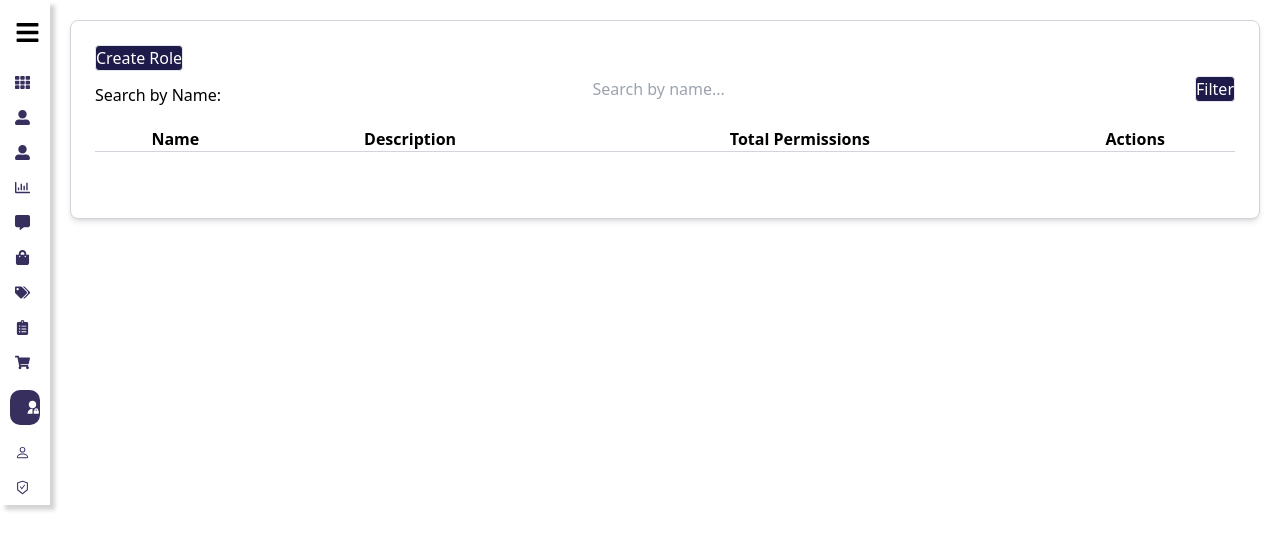
Repository: Andarg01/Admin
Page: /roles
The author's editor kept a copy of each file at every save. The page is drawn from the files as they stood at one save, then again after the next save.
The browser window is 1280 px wide. The pictures show the whole page.
The page's requests for data from a server got no answer. The project was rebuilt for these pictures with package versions that can differ from the ones it lists, and the page was loaded fresh each time. No one was signed in, and anything a server would have sent is missing. Also part of the build but not shown: src/styles/analytics.css, src/pages/Analytics.tsx, src/pages/Dashboard.tsx, src/styles/productList.css, src/components/OrderModal.tsx, src/components/OrderTable.tsx, src/pages/Orders.tsx, src/components/CategoryModal.tsx and 16 more.

Above is the page before, as saved 2024-02-29 21:50:43.

### src/index.tsx



import * as React from "react"
import * as ReactDOM from "react-dom/client"
import App from "./App"
import './index.css'

import { Provider } from 'react-redux';
import store from './redux/store';
const container = document.getElementById("root")
if (!container) throw new Error('Failed to find the root element');
const root = ReactDOM.createRoot(container)

root.render(

  <React.StrictMode>
    <Provider store={store}>
         <App />
         </Provider>
  </React.StrictMode>,

)

### src/App.tsx

import React, {useState} from 'react';
import { BrowserRouter, Route, Routes } from 'react-router-dom';
import Sidebar from './components/Sidebar';
import Dashboard from './pages/Dashboard';
import Orders from './pages/Orders';
import Category from './pages/CategoryPage';
import Login from './pages/Login'
import Analytics from './pages/Analytics';
import CustemerReview from './pages/CustemerReview';
import ProductList from './pages/ProductList';

import './App.css'
import SignUpForm from './pages/SignUpForm';
import ForgotPassword from './pages/ForgetPassword';
// import ContactPage from './pages/Contact';
// import RolesPage from './pages/Rolles';
// import PermissionPage from './pages/Permisstion';
import PermissionTable from './components/PermissionTable';
import RoleTable from './components/RoleTable';
import UserPage from './pages/UserPage';
import ShopPage from './pages/ShopPage';



type SaleData = {
  date: string;
  amount: number;
};

type RevenueData = {
  month: string;
  revenue: number;
};



const App: React.FC = () => {

  const saleData: SaleData[] = [
    { date: '2022-01-01', amount: 100 },
    { date: '2022-01-02', amount: 150 },
    { date: '2022-01-03', amount: 200 },
    { date: '2022-01-04', amount: 120 },
    { date: '2022-01-05', amount: 180 },
    { date: '2022-01-06', amount: 90 },
    { date: '2022-01-07', amount: 110 },
    { date: '2022-01-08', amount: 130 },
    { date: '2022-01-09', amount: 170 },
    { date: '2022-01-10', amount: 160 },
  ];

  const revenueData: RevenueData[] = [
    { month: 'January', revenue: 500 },
    { month: 'February', revenue: 700 },
    { month: 'March', revenue: 600 },
    { month: 'April', revenue: 800 },
    { month: 'May', revenue: 900 },
    { month: 'June', revenue: 750 },
    { month: 'July', revenue: 850 },
    { month: 'August', revenue: 950 },
    { month: 'September', revenue: 700 },
    { month: 'October', revenue: 850 },
  ];


  return (
    <div >
    <BrowserRouter>
    <Sidebar>
      <Routes>
        <Route path="/" element={<Dashboard saleData={saleData} revenueData={revenueData}  />} />
        <Route path="/dashboard" element={<Dashboard saleData={saleData} revenueData={revenueData}  />} />
       <Route path="/login" element={<Login/>}/>
       <Route path='/forget-password' element={<ForgotPassword/>}/>
        <Route path="/signup" element={<SignUpForm />} />
        <Route path="/review"element={<CustemerReview  />}/>
        <Route path="/analytics" element={<Analytics  />} />
        <Route path="/product" element={<ProductList />}/>
        <Route path="/shop" element={<ShopPage />} />
        <Route path="/orders" element={<Orders/> }/>

        <Route path="/category" element={<Category />} />
        {/* <Route path='/contact' element={<ContactPage/>}/> */}
        {/* <Route path='/roles' element={<RolesPage/>}/> */}
        {/* <Route path='/permission' element={<PermissionPage/>}/> */}
        <Route path='/roles' element={<RoleTable/>}/>
        <Route path='/permission' element={<PermissionTable/>}/>
        <Route path='/user' element={<UserPage/>}/>

      </Routes>
    </Sidebar>
  </BrowserRouter>
  </div>
  );
};

export default App;

### src/redux/store.ts
// redux/store.ts

import { configureStore, combineReducers } from '@reduxjs/toolkit';
import permissionsReducer from './reducers/permissionsReducers';
import rolesReducer from './reducers/rolesReducers';
import shopReducer from './reducers/shopReducer';

const rootReducer = combineReducers({
  permissions: permissionsReducer,
  roles: rolesReducer,
  shope:shopReducer,
});

const store = configureStore({
  reducer: rootReducer,
});

export type RootState = ReturnType<typeof rootReducer>;

export default store;

### src/components/Sidebar.tsx
import React, { useState } from 'react';
import ReactNode from "react";
import {
    FaTh,
    FaBars,
    FaUserAlt,
    FaRegChartBar,
    FaCommentAlt,
    FaShoppingBag,
    FaTags,
    FaClipboardList,
    FaShoppingCart,
} from 'react-icons/fa';
import { RiAdminFill } from 'react-icons/ri';
import { AiOutlineSafetyCertificate } from 'react-icons/ai';
import { BsPerson } from 'react-icons/bs';
import { IoIosContacts } from 'react-icons/io';
import { NavLink, NavLinkProps } from 'react-router-dom';



interface MenuItem {
    path: string;
    name: string;
    icon: JSX.Element;
}

// interface SidebarProps {
//   children: React.ReactNode;
// }
    const Sidebar: React.FC<React.PropsWithChildren<{}>> = ({ children }) => {
    const [isOpen, setIsOpen] = useState(false);

    const toggle = () => setIsOpen(!isOpen);

    const menuItems: MenuItem[] = [
        {
            path: '/',
            name: 'Dashboard',
            icon: <FaTh />,
        },
        {
            path: '/login',
            name: 'Login',
            icon: <FaUserAlt />,
        },
        {
          path: '/signup',
          name: 'Register form',
          icon: <FaUserAlt />,
      },
        {
            path: '/analytics',
            name: 'Analytics',
            icon: <FaRegChartBar />,
        },
        {
            path: '/review',
            name: 'CustemerReview',
            icon: <FaCommentAlt />,
        },
        {
            path: '/product',
            name: 'Product',
            icon: <FaShoppingBag />,
        },
        {
            path: '/category',
            name: 'Category List',
            icon: <FaTags />,
        },
        {
          path: '/orders',
          name: 'Orders',
          icon: <FaClipboardList />,
      },
      {
        path: '/shop',
        name: 'Sample product',
        icon: <FaShoppingCart />,
    },
    // {
    //     path: '/contact',
    //     name: 'Contact page',
    //     icon: <IoIosContacts />,
    // },
    {
        path: '/roles',
        name: 'Roles of user',
        icon: <RiAdminFill />,
    },
    {
        path: '/user',
        name: 'user page',
        icon: <BsPerson />,
    },
    {
        path: '/permission',
        name: 'permission information',
        icon: <AiOutlineSafetyCertificate />,
    },
    ];

    return (
        <div className="container">
            <div style={{ width: isOpen ? '200px' : '50px' }} className="sidebar">
                <div className="top_section">
                    <h1 style={{ display: isOpen ? 'block' : 'none' }} className="logo">
                        Logo
                    </h1>
                    <div style={{ marginLeft: isOpen ? '50px' : '0px' }} className="bars">
                        <FaBars onClick={toggle} />
                    </div>
                </div>
                {menuItems.map((item, index) => (
                    <NavLink to={item.path} key={index} className="link"
                    //  activeClassName="active"
                     >
                        <div className="icon">{item.icon}</div>
                        <div style={{ display: isOpen ? 'block' : 'none' }} className="link_text text-sm">
                            {item.name}
                        </div>
                    </NavLink>
                ))}
            </div>
            <main>{children}</main>
        </div>
    );
};

export default Sidebar;

### src/App.css
* {
    margin: 0;
    padding: 0;
    text-decoration: none;
    /* background: #fff; */
    /* color: #fff; */
    /* background: #0e1630 */
    /* background-color: #0e1630; */
}

.container {
    display: flex;
}

main {
    width: 100%;
    padding: 20px;
}

.sidebar {
    background: #fff;
    /* background: #0e1630; */
    box-shadow: 5px 5px 4px rgb(212, 212, 212);
    color: #000;
    height: auto;
    width: 200px;
    transition: all 0.5s;
}

.top_section {
    display: flex;
    align-items: center;
    padding: 20px 15px;
}

.logo {
    font-size: 30px;
}

.bars {
    display: flex;
    font-size: 25px;
    margin-left: 50px;
}

.link {
    display: flex;
    color: #37305F;
    padding: 10px 15px;
    gap: 15px;
    transition: all 0.5s;
}

.link:hover {
    background: #37305F;
    color: #fff;
    transition: all 0.5s;
    margin: 10px;
    border-radius: 10px;
}

.active {
    background: #37305F;
    color: #fff;
    margin: 10px;
    border-radius: 10px;
}

.icon,
.link_text {
    font-size: 15px;
}

### src/components/RoleTable.tsx
import React, { useState, useEffect } from 'react';
import { useDispatch, useSelector } from 'react-redux';
import { RootState } from '../redux/store';
import {
  fetchRoles,
  createRole,
  updateRole,
  deleteRole,
} from '../redux/actions/rolesActions';
import RoleModal from './RoleModal';

const RoleTable: React.FC = () => {
  const dispatch = useDispatch();
  const roles = useSelector((state: RootState) => state.roles.roles);

  const [showModal, setShowModal] = useState(false);
  const [selectedRole, setSelectedRole] = useState(null);
  const [filter, setFilter] = useState('');
  const [filteredRoles, setFilteredRoles] = useState([]);
  const [currentPage, setCurrentPage] = useState(1);
  const [rolesPerPage] = useState(2); // Number of roles per page

  useEffect(() => {
    dispatch(fetchRoles());
  }, [dispatch]);

  useEffect(() => {
    setFilteredRoles(
      roles.filter((role) =>
        role.name.toLowerCase().includes(filter.toLowerCase())
      )
    );
  }, [roles, filter]);

  // Logic for displaying current roles
  const indexOfLastRole = currentPage * rolesPerPage;
  const indexOfFirstRole = indexOfLastRole - rolesPerPage;
  const currentRoles = filteredRoles.slice(indexOfFirstRole, indexOfLastRole);

  // Change page
  const paginate = (pageNumber: number) => setCurrentPage(pageNumber);

  const handleCreate = () => {
    setSelectedRole(null);
    setShowModal(true);
  };

  const handleEdit = (role: any) => {
    setSelectedRole(role);
    setShowModal(true);
  };

  const handleDelete = (roleId: string) => {
    if (window.confirm('Are you sure you want to delete this role?')) {
      dispatch(deleteRole(roleId));
    }
  };

  const handleFilter = () => {
    setCurrentPage(1); // Reset pagination to first page when filtering
    setFilteredRoles(
      roles.filter((role) =>
        role.name.toLowerCase().includes(filter.toLowerCase())
      )
    );
  };

  return (
    <div className="overflow-x-auto bg-white border border-gray-300 p-6 rounded-lg shadow-md transition duration-500 ease-in-out">
      <button
        onClick={handleCreate}
        className="bg-indigo-950 border rounded hover:m-2 text-white"
      >
        Create Role
      </button>
      <div className="mb-5 flex justify-between items-center">
        <p className="mt-3">Search by Name:</p>
        <input
          type="text"
          placeholder="Search by name..."
          value={filter}
          onChange={(e) => setFilter(e.target.value)}
        />
        <button
          onClick={handleFilter}
          className="bg-indigo-950 border rounded hover:m-2 text-white"
        >
          Filter
        </button>
      </div>
      <table className="min-w-full border-b border-gray-300">
        <thead>
          <tr>
            <th>Name</th>
            <th>Description</th>
            <th>Total Permissions</th>
            <th>Actions</th>
          </tr>
        </thead>
        <tbody>
          {currentRoles.map((role) => (
            <tr key={role.id}>
              <td className="py-2 px-4 border-r">{role.name}</td>
              <td className="py-2 px-4 border-r">{role.description}</td>
              <td className="py-2 px-4 border-r">{role.permissions.length}</td>
              <td className="py-2 px-4">
                <button
                  onClick={() => handleEdit(role)}
                  className="edit hover:underline mr-2 hover:text-gray-700"
                >
                  Edit
                </button>
                <button
                  onClick={() => handleDelete(role.id)}
                  className="delete hover:underline hover:text-pink-700"
                >
                  Delete
                </button>
              </td>
            </tr>
          ))}
        </tbody>
      </table>
      <div className="flex justify-center mt-4">
        <button
          onClick={() => paginate(currentPage - 1)}
          className={`${
            currentPage === 1 ? 'invisible' : 'visible'
          } bg-indigo-950 border rounded hover:m-2 text-white`}
        >
          Previous
        </button>
        <button
          onClick={() => paginate(currentPage + 1)}
          className={`${
            indexOfLastRole >= filteredRoles.length ? 'invisible' : 'visible'
          } bg-indigo-950 border rounded hover:m-2 text-white`}
        >
          Next
        </button>
      </div>
      {showModal && <RoleModal onClose={() => setShowModal(false)} role={selectedRole} />}
    </div>
  );
};

export default RoleTable;

### src/redux/reducers/permissionsReducers.ts
import { createSlice } from '@reduxjs/toolkit';
import { fetchPermissions, createPermission, updatePermission, deletePermission } from '../actions/permissionsActions'


interface Permission {
  id: string;
  name: string;
  description: string;
}

interface PermissionsState {
  permissions: Permission[];
}

const initialState: PermissionsState = {
  permissions: [],
};

const permissionsSlice = createSlice({
  name: 'permissions',
  initialState,
  reducers: {}, // You can add reducers if needed
  extraReducers: (builder) => {
    builder.addCase(fetchPermissions.fulfilled, (state, action) => {
      state.permissions = action.payload;
    });
    builder.addCase(createPermission.fulfilled, (state, action) => {
      state.permissions.push(action.payload);
    });
    builder.addCase(updatePermission.fulfilled, (state, action) => {
      const updatedPermission = action.payload;
      const index = state.permissions.findIndex((p) => p.id === updatedPermission.id);
      if (index !== -1) {
        state.permissions[index] = updatedPermission;
      }
    });
    builder.addCase(deletePermission.fulfilled, (state, action) => {
      const deletedPermissionId = action.payload;
      state.permissions = state.permissions.filter((p) => p.id !== deletedPermissionId);
    });
  },
});

export default permissionsSlice.reducer;

### src/redux/reducers/rolesReducers.ts
import { createSlice } from '@reduxjs/toolkit';
import { fetchRoles, createRole, updateRole, deleteRole } from "../actions/rolesActions"


export interface Role {
  id: string;
  name: string;
  description: string;
  permissions: string[]; // Assuming permission IDs are stored in an array
  default: boolean;
}

interface RolesState {
  roles: Role[];
}

const initialState: RolesState = {
  roles: [],
};

const rolesSlice = createSlice({
  name: 'roles',
  initialState,
  reducers: {}, // You can add reducers if needed
  extraReducers: (builder) => {
    builder.addCase(fetchRoles.fulfilled, (state, action) => {
      state.roles = action.payload;
    });
    builder.addCase(createRole.fulfilled, (state, action) => {
      state.roles.push(action.payload);
    });
    builder.addCase(updateRole.fulfilled, (state, action) => {
      const updatedRole = action.payload;
      const index = state.roles.findIndex((r) => r.id === updatedRole.id);
      if (index !== -1) {
        state.roles[index] = updatedRole;
      }
    });
    builder.addCase(deleteRole.fulfilled, (state, action) => {
      const deletedRoleId = action.payload;
      state.roles = state.roles.filter((r) => r.id !== deletedRoleId);
    });
  },
});

export default rolesSlice.reducer;

### src/redux/reducers/shopReducer.ts
// src/redux/reducers/shopReducer.ts

import {
    FETCH_SHOPS_REQUEST,
    FETCH_SHOPS_SUCCESS,
    FETCH_SHOPS_FAILURE,
  } from '../actions/shopActions';

  interface Shop {
    id: string;
    name: string;
    description: string;
    shopUrl: string;
    permissionName: string;
    picture: string;
  }

  interface ShopState {
    shops: Shop[];
    loading: boolean;
    error: string;
  }

  const initialState: ShopState = {
    shops: [],
    loading: false,
    error: '',
  };

  const shopReducer = (state = initialState, action: any): ShopState => {
    switch (action.type) {
      case FETCH_SHOPS_REQUEST:
        return {
          ...state,
          loading: true,
        };
      case FETCH_SHOPS_SUCCESS:
        return {
          ...state,
          loading: false,
          shops: action.payload,
          error: '',
        };
      case FETCH_SHOPS_FAILURE:
        return {
          ...state,
          loading: false,
          shops: [],
          error: action.payload,
        };
      default:
        return state;
    }
  };

  export default shopReducer;

### src/redux/actions/permissionsActions.ts
import { createAsyncThunk } from '@reduxjs/toolkit';

// Replace with your actual backend endpoint
const API_ENDPOINT = 'https://sheba-app.onrender.com/api/permissions';

interface Permission {
  id: string;
  name: string;
  description: string;
}

export const fetchPermissions = createAsyncThunk<Permission[]>('permissions/fetchPermissions', async () => {
  const response = await fetch(`${API_ENDPOINT}/all`);
  const data = await response.json();
  return data.permissions;
});

export const createPermission = createAsyncThunk<Permission, { name: string, description: string }>(
  'permissions/createPermission',
  async (payload) => {
    const response = await fetch(`${API_ENDPOINT}/create`, {
      method: 'POST',
      headers: {
        'Content-Type': 'application/json',
      },
      body: JSON.stringify(payload),
    });
    const data = await response.json();
    return data;
  }
);

export const updatePermission = createAsyncThunk<Permission, { id: string, data: { name: string, description: string } }>(
  'permissions/updatePermission',
  async (payload) => {
    const response = await fetch(`${API_ENDPOINT}/${payload.id}/update`, {
      method: 'PUT',
      headers: {
        'Content-Type': 'application/json',
      },
      body: JSON.stringify(payload.data),
    });
    const data = await response.json();
    return data;
  }
);

export const deletePermission = createAsyncThunk('permissions/deletePermission', async (permissionId: string) => {
  const response = await fetch(`${API_ENDPOINT}/${permissionId}/delete`, {
    method: 'DELETE',
  });
  const data = await response.json();
  return data;
});

### src/redux/actions/rolesActions.ts
// roles/actions.ts

import { createAsyncThunk } from '@reduxjs/toolkit';

// Replace with your actual backend endpoint
const API_ENDPOINT = 'https://sheba-app.onrender.com/api/roles';

export const fetchRoles = createAsyncThunk('roles/fetchRoles', async () => {
  const response = await fetch(API_ENDPOINT);
  const data = await response.json();
  return data.roles;
});

export const createRole = createAsyncThunk('roles/createRole', async (payload: any) => {
  const response = await fetch(API_ENDPOINT + '/create', {
    method: 'POST',
    headers: {
      'Content-Type': 'application/json',
    },
    body: JSON.stringify(payload),
  });
  const data = await response.json();
  return data;
});

export const updateRole = createAsyncThunk('roles/updateRole', async (payload: any) => {
  const response = await fetch(`${API_ENDPOINT}/${payload.id}/update`, {
    method: 'PUT',
    headers: {
      'Content-Type': 'application/json',
    },
    body: JSON.stringify(payload.data),
  });
  const data = await response.json();
  return data;
});

export const deleteRole = createAsyncThunk('roles/deleteRole', async (roleId: string) => {
  const response = await fetch(`${API_ENDPOINT}/${roleId}/delete`, {
    method: 'DELETE',
  });
  const data = await response.json();
  return data;
});

### src/redux/actions/shopActions.ts
// src/redux/actions/shopActions.ts

import axios from 'axios';

export const FETCH_SHOPS_REQUEST = 'FETCH_SHOPS_REQUEST';
export const FETCH_SHOPS_SUCCESS = 'FETCH_SHOPS_SUCCESS';
export const FETCH_SHOPS_FAILURE = 'FETCH_SHOPS_FAILURE';

export const fetchShops = () => {
  return async (dispatch: any) => {
    dispatch({ type: FETCH_SHOPS_REQUEST });

    try {
      const response = await axios.get('https://sheba-app.onrender.com/api/shops/user/all');
      dispatch({ type: FETCH_SHOPS_SUCCESS, payload: response.data });
    } catch (error) {
      dispatch({ type: FETCH_SHOPS_FAILURE, payload: error.message });
    }
  };
};

Loaded but not shown: public/index.html (common file); src/index.css (common file); tailwind.config.js (common file)

After the next save:
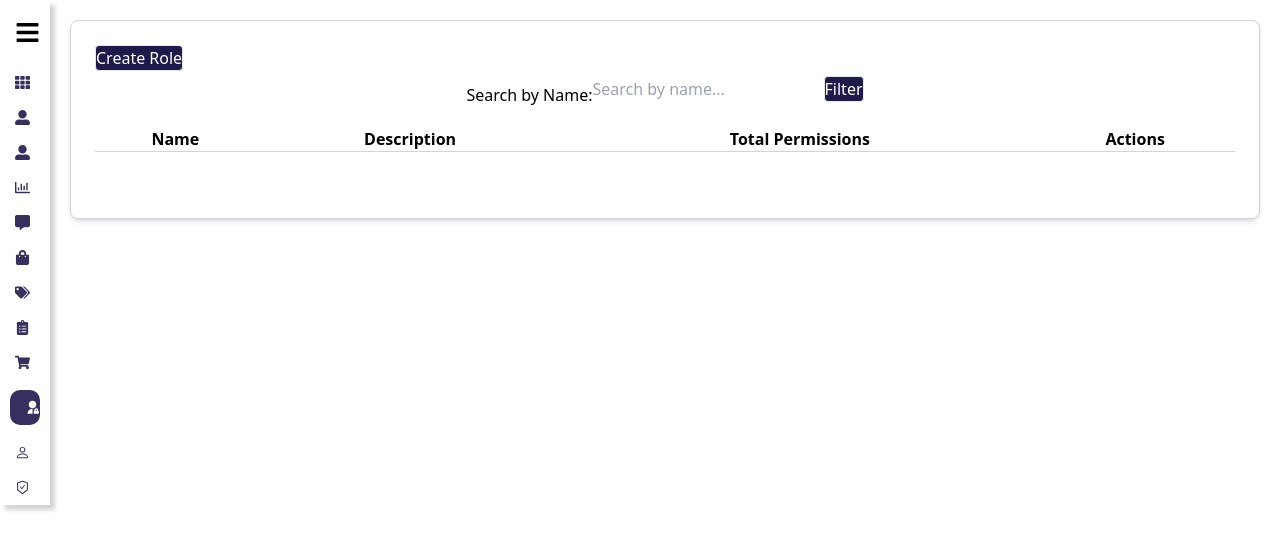
Saved 2 min 13 s later.
--- a/src/components/RoleTable.tsx
+++ b/src/components/RoleTable.tsx
@@ -18,7 +18,7 @@ const RoleTable: React.FC = () => {
   const [filter, setFilter] = useState('');
   const [filteredRoles, setFilteredRoles] = useState([]);
   const [currentPage, setCurrentPage] = useState(1);
-  const [rolesPerPage] = useState(2); // Number of roles per page
+  const [rolesPerPage] = useState(5); // Number of roles per page
 
   useEffect(() => {
     dispatch(fetchRoles());
@@ -73,7 +73,7 @@ const RoleTable: React.FC = () => {
       >
         Create Role
       </button>
-      <div className="mb-5 flex justify-between items-center">
+      <div className="mb-5 flex justify-center items-center">
         <p className="mt-3">Search by Name:</p>
         <input
           type="text"
@@ -112,7 +112,7 @@ const RoleTable: React.FC = () => {
                 </button>
                 <button
                   onClick={() => handleDelete(role.id)}
-                  className="delete hover:underline hover:text-pink-700"
+                  className="delete hover:underline hover:text-red-700"
                 >
                   Delete
                 </button>
@@ -121,7 +121,7 @@ const RoleTable: React.FC = () => {
           ))}
         </tbody>
       </table>
-      <div className="flex justify-center mt-4">
+      <div className="flex justify-between mt-4">
         <button
           onClick={() => paginate(currentPage - 1)}
           className={`${
